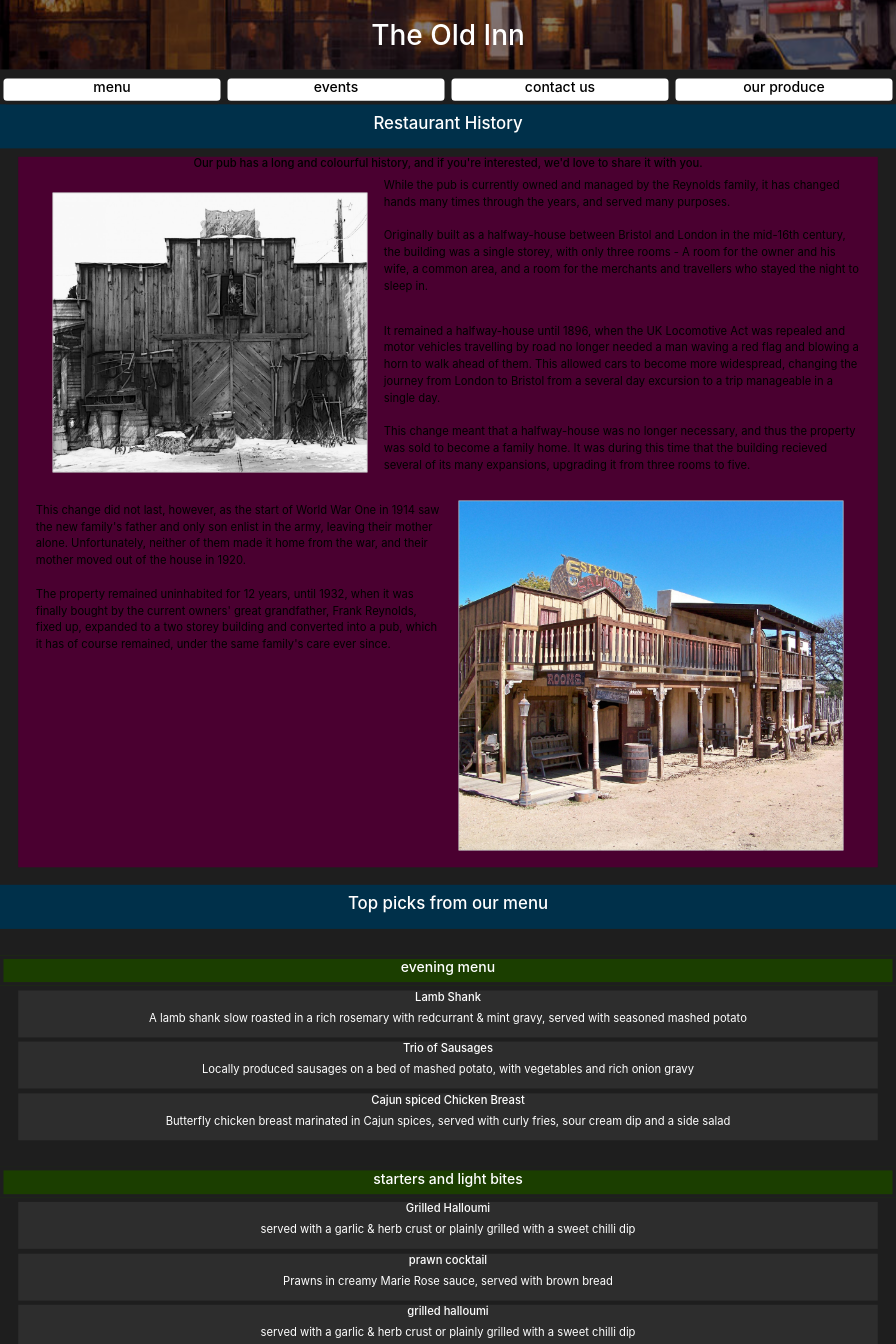
Repository: Code-Institute-Submissions/JamesLStudent-Milestone_One
Page: index.html
The author's editor kept a record of every edit. The page is drawn from the files as they stood at one moment, then again after the next edit.
The browser window is 1280 px wide. The pictures show the part of the page from y = 0 to 1920 px (the page is 3572 px tall), at 70% of full size.

Above is the page before.
Console error: TypeError: Cannot read properties of undefined (reading 'fn')

After the next edit:
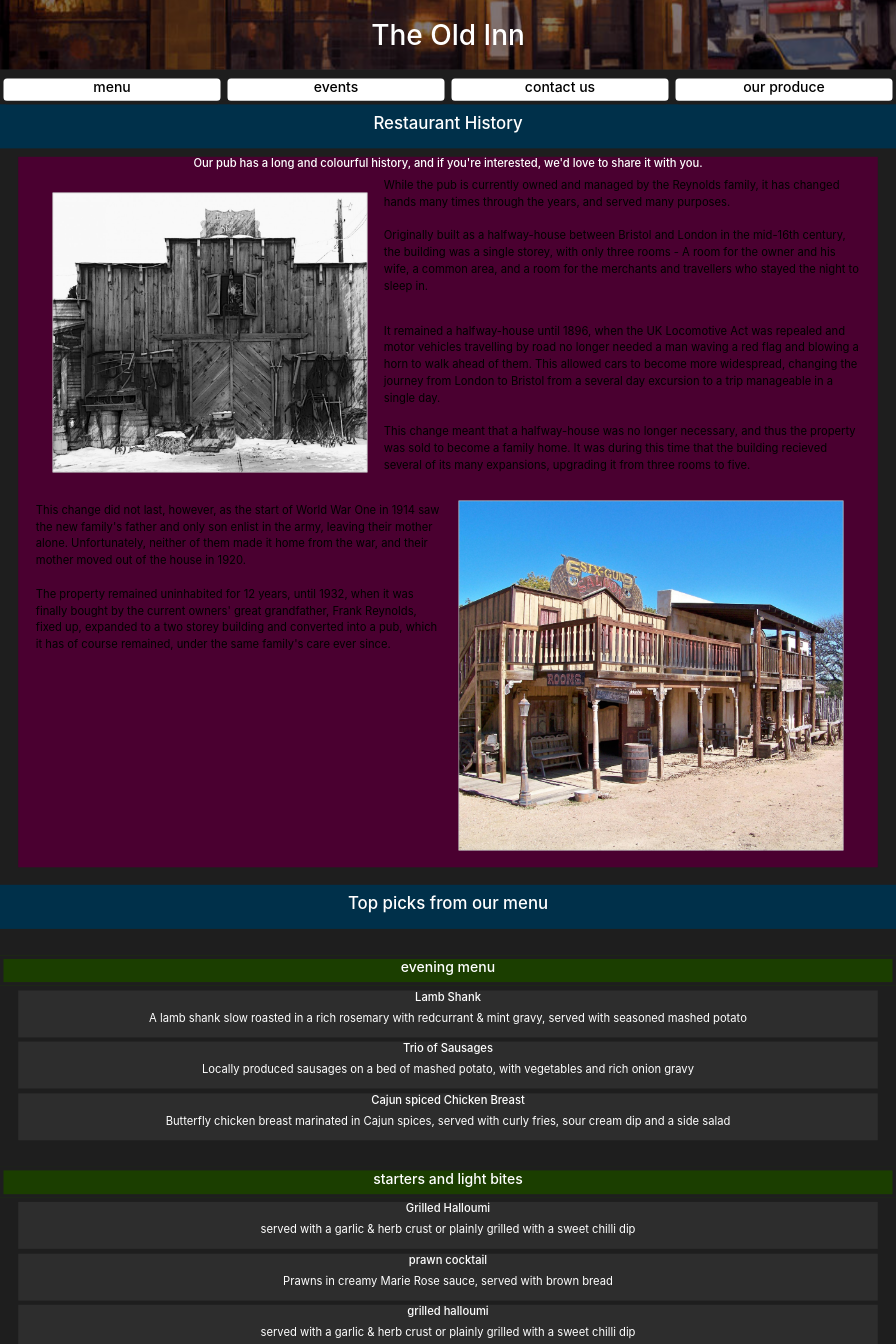
The edit:
--- a/index.html
+++ b/index.html
@@ -71,7 +71,7 @@
             <h4>Restaurant History</h4>
         </div>
         <div class="history">
-            <h6 class="black-text">Our pub has a long and colourful history, and if you're interested, we'd love to share it with you.</h6>
+            <h6 class="white-text">Our pub has a long and colourful history, and if you're interested, we'd love to share it with you.</h6>
             <div>
                 <img class="history-img-one" />
                 <p class="black-text left-align">
